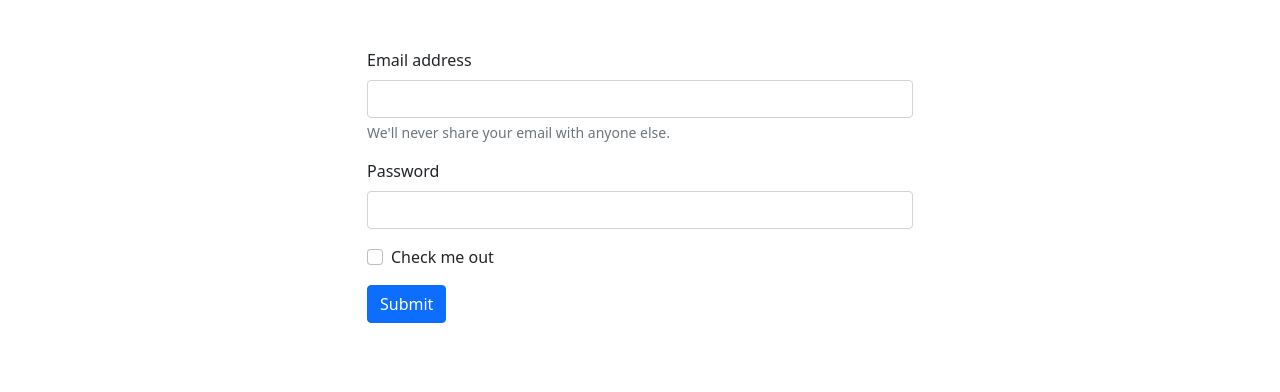
Repository: SimSri-ExtraMarks/FormHandling
Page: formHandling/form.html
The author's editor kept a copy of each file at every save. The page is drawn from the files as they stood at one save, then again after the next save.
The browser window is 1280 px wide. The pictures show the whole page.

Above is the page before, as saved 2021-06-26 12:25:27.

### formHandling/form.html
<!doctype html>
<html lang="en">
<head>
<meta charset="UTF-8" />
<title>Registration Form</title>
<link
	href="https://cdn.jsdelivr.net/npm/bootstrap@5.0.2/dist/css/bootstrap.min.css"
	rel="stylesheet"
	integrity="sha384-EVSTQN3/azprG1Anm3QDgpJLIm9Nao0Yz1ztcQTwFspd3yD65VohhpuuCOmLASjC"
	crossorigin="anonymous">
</head>
<body>
	<div class="container">
		<div class="row mt-5">
			<div class="col-md-6 offset-md-3">
			<form>
  <div class="mb-3">
    <label for="exampleInputEmail1" class="form-label">Email address</label>
    <input type="email" class="form-control" id="exampleInputEmail1" aria-describedby="emailHelp">
    <div id="emailHelp" class="form-text">We'll never share your email with anyone else.</div>
  </div>
  <div class="mb-3">
    <label for="exampleInputPassword1" class="form-label">Password</label>
    <input type="password" class="form-control" id="exampleInputPassword1">
  </div>
  <div class="mb-3 form-check">
    <input type="checkbox" class="form-check-input" id="exampleCheck1">
    <label class="form-check-label" for="exampleCheck1">Check me out</label>
  </div>
  <button type="submit" class="btn btn-primary">Submit</button>
</form>



			</div>
		</div>
	</div>
</body>
</html>

After the next save:
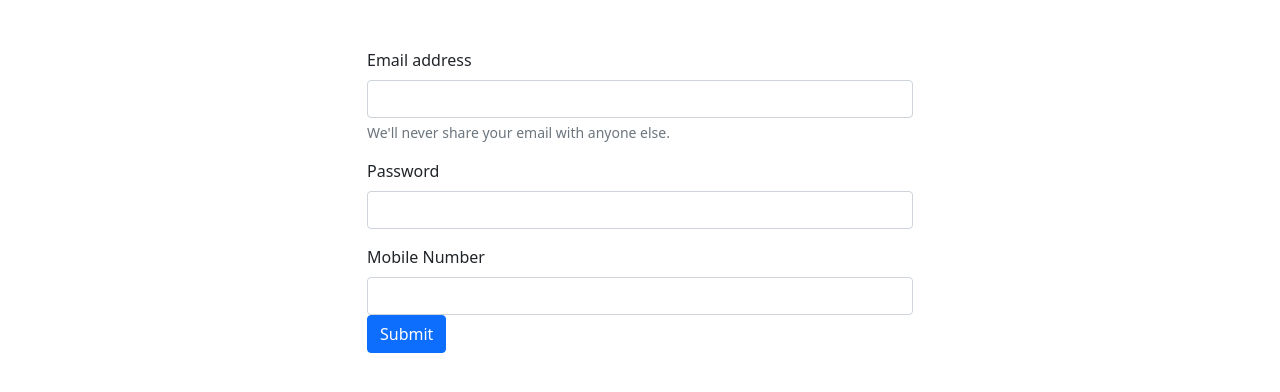
Saved 2 min 38 s later.
--- a/formHandling/form.html
+++ b/formHandling/form.html
@@ -23,10 +23,9 @@
     <label for="exampleInputPassword1" class="form-label">Password</label>
     <input type="password" class="form-control" id="exampleInputPassword1">
   </div>
-  <div class="mb-3 form-check">
-    <input type="checkbox" class="form-check-input" id="exampleCheck1">
-    <label class="form-check-label" for="exampleCheck1">Check me out</label>
-  </div>
+   <div class="mb-3">
+    <label for="exampleInputMobileNumber" class="form-label">Mobile Number</label>
+    <input type="mobilenumber" class="form-control" id="exampleInputMobileNumber">
   <button type="submit" class="btn btn-primary">Submit</button>
 </form>
 
